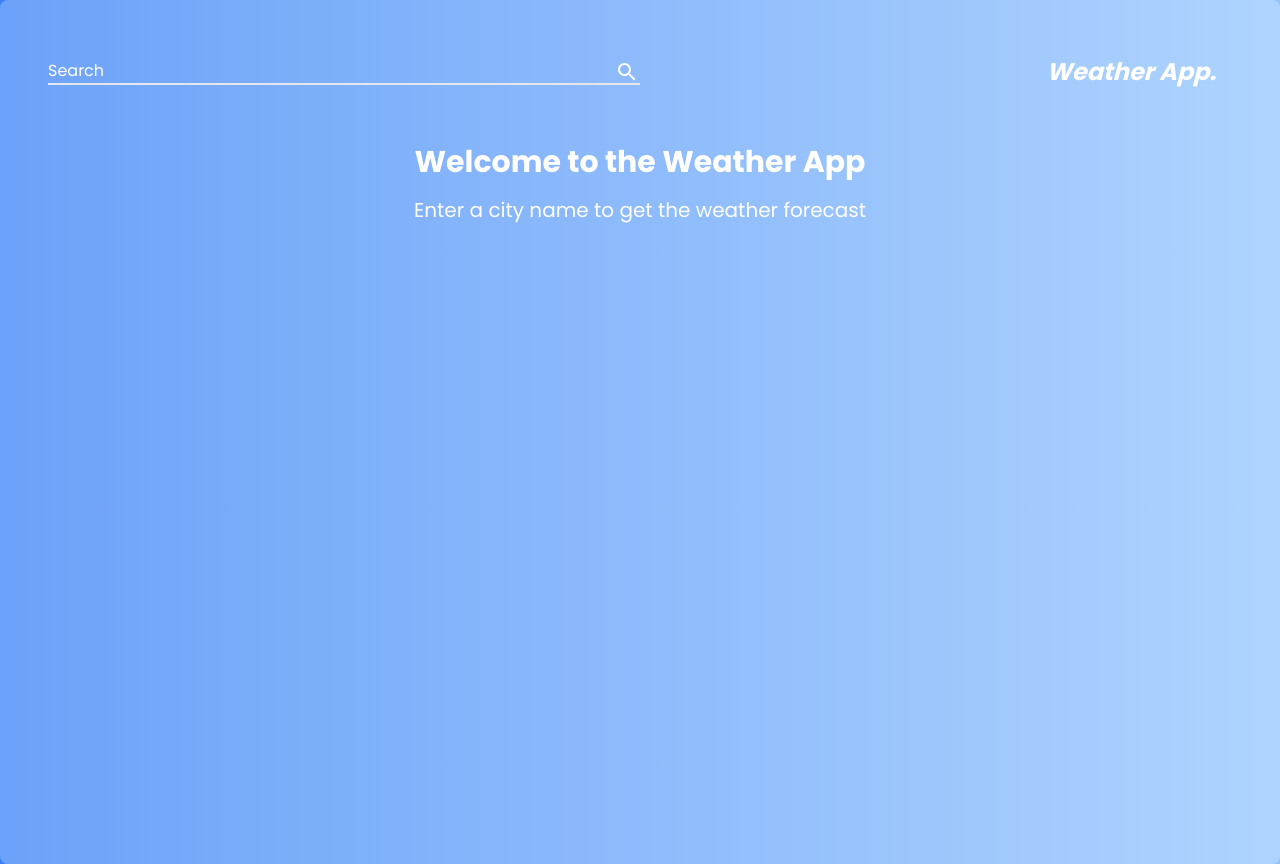
Repository: DevAntonioRogers/react-weatherapp-v2
Page: /
The author's editor kept a copy of each file at every save. The page is drawn from the files as they stood at one save, then again after the next save.
The browser window is 1280 px wide. The pictures show the whole page.
The project was rebuilt for these pictures with package versions that can differ from the ones it lists, and the page was loaded fresh each time. The framework's server and built-in components were replaced by stand-ins that run in the browser. Also part of the build but not shown: next.config.js, app/utils/currentDate.tsx, app/components/Current.tsx, app/components/WeekForecast.tsx. Imported but missing from the stored project, and not drawn on this page: app/components/WeatherDetails.

Above is the page before, as saved 2023-05-21 21:37:54.

After the next save:
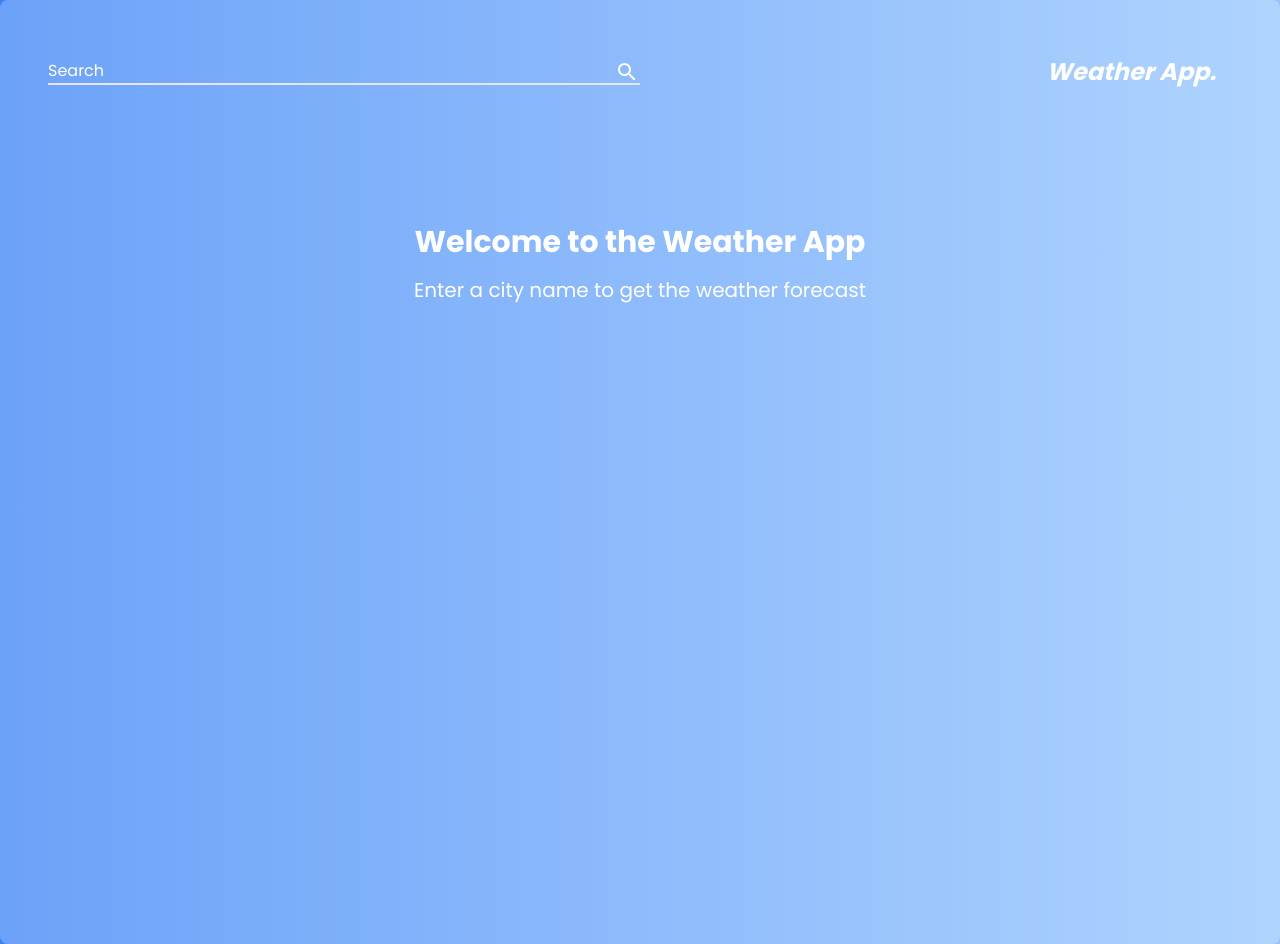
Saved 28 s later.
--- a/app/page.tsx
+++ b/app/page.tsx
@@ -34,7 +34,7 @@ export default function Home() {
   let content;
   if (Object.keys(data).length === 0 && error === "") {
     content = (
-      <div className="text-white text-center h-screen">
+      <div className="text-white text-center h-screen mt-[5rem]">
         <h2 className="text-3xl font-semibold mb-4">Welcome to the Weather App</h2>
         <p className="text-xl">Enter a city name to get the weather forecast</p>
       </div>
